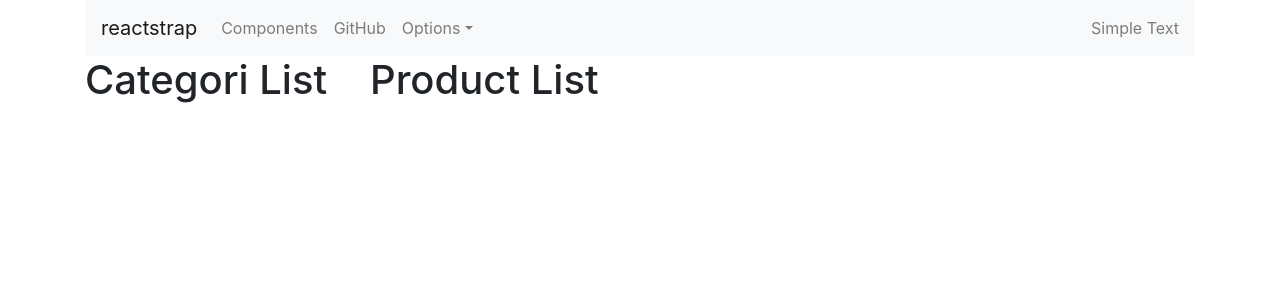
Repository: asarikaya/redux_try_app
Page: /
These files come from the project's save history. The page is drawn as it stood at one moment and after the next save; the edit follows.
The browser window is 1280 px wide. The pictures show the whole page.
The project was rebuilt for these pictures with package versions that can differ from the ones it lists, and the page was loaded fresh each time.

Above is the page before, as saved 2020-02-26 13:28:34.

### src/index.js
import React from 'react';
import ReactDOM from 'react-dom';
import App from './components/root/App';
import * as serviceWorker from './serviceWorker';
import 'bootstrap/dist/css/bootstrap.min.css';

ReactDOM.render(<App />, document.getElementById('root'));

// If you want your app to work offline and load faster, you can change
// unregister() to register() below. Note this comes with some pitfalls.
// Learn more about service workers: https://bit.ly/CRA-PWA
serviceWorker.unregister();

### src/components/root/App.js
import React from 'react';
import { Container } from 'reactstrap';
import Navi from "../navi/Navi"
import Dashboard from './Dashboard';

function App() {
  return (
    <Container>
      <Navi/>
      <Dashboard/>
    </Container>
  );
}

export default App;

### src/components/navi/Navi.js
import React, { Component } from "react";
import {
  Collapse,
  Navbar,
  NavbarToggler,
  NavbarBrand,
  Nav,
  NavItem,
  NavLink,
  UncontrolledDropdown,
  DropdownToggle,
  DropdownMenu,
  DropdownItem,
  NavbarText
} from "reactstrap";

export default class Navi extends Component {
  render() {
    return (
      <div>
        <Navbar color="light" light expand="md">
          <NavbarBrand href="/">reactstrap</NavbarBrand>
          <NavbarToggler />
          <Collapse navbar>
            <Nav className="mr-auto" navbar>
              <NavItem>
                <NavLink href="/components/">Components</NavLink>
              </NavItem>
              <NavItem>
                <NavLink href="https://github.com/reactstrap/reactstrap">
                  GitHub
                </NavLink>
              </NavItem>
              <UncontrolledDropdown nav inNavbar>
                <DropdownToggle nav caret>
                  Options
                </DropdownToggle>
                <DropdownMenu right>
                  <DropdownItem>Option 1</DropdownItem>
                  <DropdownItem>Option 2</DropdownItem>
                  <DropdownItem divider />
                  <DropdownItem>Reset</DropdownItem>
                </DropdownMenu>
              </UncontrolledDropdown>
            </Nav>
            <NavbarText>Simple Text</NavbarText>
          </Collapse>
        </Navbar>
      </div>
    );
  }
}

### src/components/root/Dashboard.js
import React, { Component } from 'react'
import { Row, Col } from 'reactstrap'
import CategoryList from "../categories/CategoryList"
import ProductList from "../products/ProductList"

export default class Dashboard extends Component {
    render() {
        return (
            <div>
                <Row>
                    <Col xs="3">
                        <CategoryList/>
                    </Col>
                    <Col xs="9">
                        <ProductList/>
                    </Col>
                </Row>
            </div>
        )
    }
}

### src/components/categories/CategoryList.js
import React, { Component } from 'react'

export default class CategoryList extends Component {
    render() {
        return (
            <div>
                <h1>Categori List</h1>
            </div>
        )
    }
}

### src/components/products/ProductList.js
import React, { Component } from 'react'

export default class ProductList extends Component {
    render() {
        return (
            <div>
                <h1>Product List</h1>
            </div>
        )
    }
}

Loaded but not shown: public/index.html (common file); src/serviceWorker.js (common file)

After the next save:
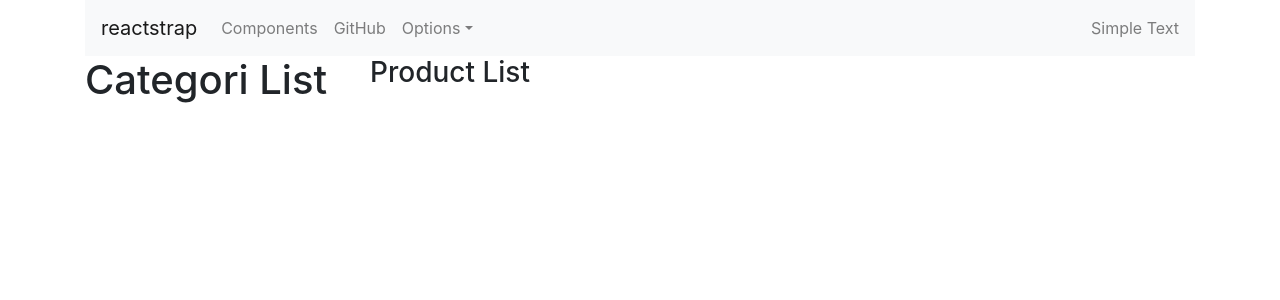
Saved 74 s later.
--- a/src/components/products/ProductList.js
+++ b/src/components/products/ProductList.js
@@ -4,7 +4,7 @@ export default class ProductList extends Component {
     render() {
         return (
             <div>
-                <h1>Product List</h1>
+                <h3>Product List</h3>
             </div>
         )
     }
